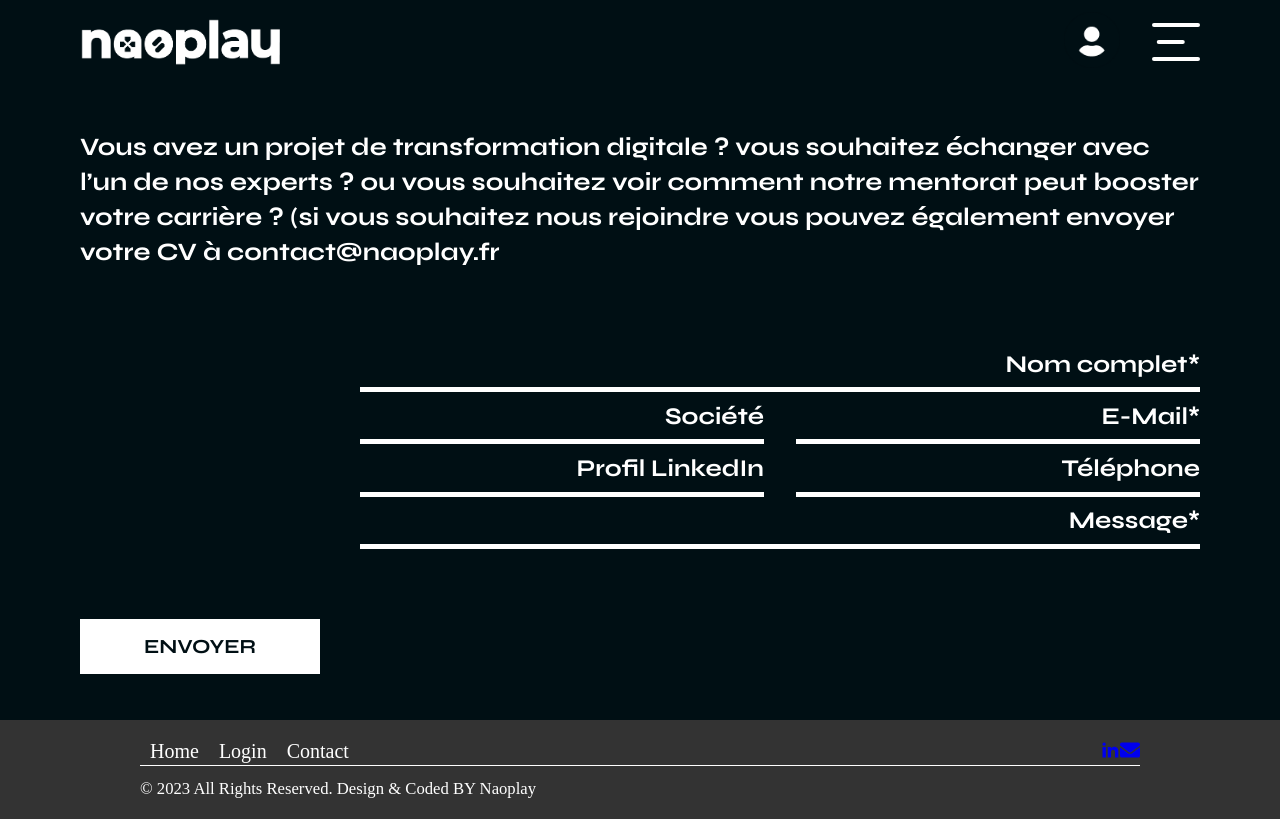
Repository: Hindsedrati/Naoplay
Page: /contact
An editor plug-in stored every save of this project. The page is shown before and after the next save, followed by the edit.
The browser window is 1280 px wide. The pictures show the whole page.
The project was rebuilt for these pictures with package versions that can differ from the ones it lists, and the page was loaded fresh each time. Also part of the build but not shown: src/Pages/Login/index.jsx, src/Components/Const/index.jsx, src/Components/Partners/index.jsx, src/Components/Naoplay/index.jsx, src/Components/Api/index.jsx, src/Components/Digitalisation/index.jsx, src/Components/Gateway/index.jsx, src/Components/ApiManagement/index.jsx and 6 more.

Above is the page before, as saved 2023-05-09 12:00:52.

### public/index.html
<!DOCTYPE html>
<html lang="en">
  <head>
    <meta charset="utf-8" />
    <link href="https://fonts.googleapis.com/css2?family=Syne:wght@600;700&display=swap" rel="stylesheet">
    <link rel="apple-touch-icon" sizes="180x180" href="./favicons/apple-touch-icon.png">
    <link rel="icon" type="image/png" sizes="32x32" href="./favicons/favicon-32x32.png">
    <link rel="icon" type="image/png" sizes="16x16" href="./favicons/favicon-16x16.png">
    <link rel="manifest" href="./favicons/site.webmanifest">
    <link rel="mask-icon" href="./favicons/safari-pinned-tab.svg" color="#5bbad5">
    <meta name="viewport" content="width=device-width, initial-scale=1" />
    <meta name="theme-color" content="#000000" />
    <meta
      name="description"
      content="Web site created using create-react-app"
    />
    <link rel="apple-touch-icon" href="%PUBLIC_URL%/logo192.png" />
    <!--
      manifest.json provides metadata used when your web app is installed on a
      user's mobile device or desktop. See https://developers.google.com/web/fundamentals/web-app-manifest/
    -->
    <link rel="manifest" href="%PUBLIC_URL%/manifest.json" />
    <!--
      Notice the use of %PUBLIC_URL% in the tags above.
      It will be replaced with the URL of the `public` folder during the build.
      Only files inside the `public` folder can be referenced from the HTML.

      Unlike "/favicon.ico" or "favicon.ico", "%PUBLIC_URL%/favicon.ico" will
      work correctly both with client-side routing and a non-root public URL.
      Learn how to configure a non-root public URL by running `npm run build`.
    -->
    <title>NAOPLAY</title>
  </head>
  <body>
    <noscript>You need to enable JavaScript to run this app.</noscript>
    <div id="root"></div>
    <!--
      This HTML file is a template.
      If you open it directly in the browser, you will see an empty page.

      You can add webfonts, meta tags, or analytics to this file.
      The build step will place the bundled scripts into the <body> tag.

      To begin the development, run `npm start` or `yarn start`.
      To create a production bundle, use `npm run build` or `yarn build`.
    -->
  </body>
</html>

### src/style.scss
* {
    margin: 0;
    padding: 0;
    box-sizing: border-box;
}

.app-container {
    width: 100%;
    max-width: 100%;
    margin-left: auto;
    margin-right: auto;
}

.main-container {
    width: 100%;
    overflow-x: hidden;
}

@media screen and (min-width: 769px) and (max-width: 1900px) {
    .main-container {
        padding: 70px 80px 20px 80px;
    }
}
@media screen and (min-width: 1901px) {
    .main-container {
        padding: 150px 80px 20px 80px;
    }
}
@media screen and (max-width: 768px) {
    .main-container {
        padding: 1rem;
    }
}

### src/Layouts/Footer/Index.jsx
import './footer.scss';
import { RiLinkedinFill } from "react-icons/ri";
import { FaEnvelope } from "react-icons/fa";


function Footer() {
    return (
        <footer>

<div class="footer-content">
  <div class="footer-section links">
    <a href="/">Home</a>
    <a href="/">Login</a>
    <a href="/">Contact</a>
  </div>

  <div className="footer__icons">

    <a className="footer__icons" href="https://www.linkedin.com/company/naoplay/" target="_blank" rel="noreferrer">
      <RiLinkedinFill />
    </a>
    <a className="footer__icons" href="mailto:contact@naoplay.fr/" target="_blank" rel="noreferrer">
      <FaEnvelope />
    </a>
  </div>



  </div>

<div class="footer-bottom">
  <small>&copy; 2023 All Rights Reserved. </small>
  <small>Design & Coded BY Naoplay </small>

</div>

        </footer>

    )
}

export default Footer

### src/Pages/Home/Home.scss
body{
    box-sizing: border-box;
    overflow-x: hidden;
}

### src/Layouts/Footer/footer.scss
@import '../../Sass/variables.scss';


footer {
    background-color: #333;
    color: #fff;
    padding: 20px 0;
  }

  .footer-content {
    font-size: 20px;
    display: flex;
    justify-content: space-between;
    max-width: 1000px;
    margin: 0 auto;
  }

  .footer-section {
    display: flex;
  }

  .links a,
  .social a {
    color: #fff;
    text-decoration: none;
    padding: 0 10px;
  }

  .links a:hover,
  .social a:hover {
    text-decoration: underline;
  }

  .social i {
    font-size: 24px;
    margin-left: 10px;
  }

  .footer-bottom {
    max-width: 1000px;
    margin: 0 auto;
    font-size: 20px;
    //text-align: center;
    border-top: 1px solid #fff;
    padding-top: 10px;
  }
  .footer__mentions-wrapper {
    display: flex;
    flex-direction: column;
    align-items: center;
  }

### src/Sass/variables.scss
@import url('https://fonts.googleapis.com/css2?family=Syne:wght@200;400;500;600;700&display=swap');
@import url('https://fonts.googleapis.com/css2?family=DM+Sans:wght@200;400;500;600;700&display=swap');

@font-face {
    font-family: 'MonumentExtended';
    src: url('fonts/MonumentExtended-Regular.otf') format('truetype');
    font-weight: normal;
    font-style: normal;
}

$Dm: 'DM Sans', sans-serif;
$syne: 'Syne', sans-serif;

//colors
$dark: #000F14;
$light: white;
$primary: #00A8EB;
$bg: #fdfdfd;

### src/Components/Const/const.scss
@import '../../Sass/variables.scss';

.home {

  color: $light;
  background-image: url('../../assets/vision_naoplay.webp');
  background-size: cover;
  background-position: center;

  h1 {
    font-weight: bold;
    font-family: 'MonumentExtended', sans-serif;
  }

  h2 {
    font-family: $syne;
  }

  &__btn {
    text-decoration: none;
    color: $dark;
    display: inline-block;
    padding: 0.75rem 1.5rem;
    background-color: $light;
    font-family: $syne;
    font-size: 1rem;
    font-weight: 700;
    transition: background-color 0.3s ease;

    &:hover {
      background-color: $dark;
      color: $light;
    }
  }
}

@media screen and (min-width: 769px) and (max-width: 1900px) {
  .home {
    margin-top: 2rem;

    h1 {
      font-size: 70px;
      font-weight: 500;
    }

    h2 {
      margin-top: 80px;
      font-size: 32px;
      font-weight: 700;
      line-height: 40px;
    }

    &__btn {
      margin-top:150px;
    }
  }
}

/* Code ajouté pour centrer en version mobile */
@media screen and (max-width: 768px) {
  .home {
    //height: calc(100vh - 80px);
    //padding: 1rem;
    margin-top: 5rem;
    display: flex;
    justify-content: center;
    align-items: center;
    flex-direction: column;

    h1 {
      font-size: 30px;
      line-height: 45px;
      font-weight: 200;
    }

    h2 {
      margin-top: 50px;
      font-size: 20px;
      font-weight: 500;
      font-family: $Dm;
      line-height: 1.6;
    }

    &__btn {
      margin-top: 30px;
    }
  }
}

@media screen and (min-width: 1901px) {
  .home {
    height: 100vh;
    h1 {
      line-height: 5rem;
      font-size: 70px;
      font-weight: 500;
    }

    h2 {
      margin-top: 80px;
      font-size: 32px;
      font-weight: 700;
      line-height: 40px;
    }

    &__btn {
      margin-top: 80px;
    }
  }

}

### src/Components/Partners/partners.scss
@import '../../Sass/variables.scss';

.partners {
  min-height: 210px;
  background: $dark;
  color: $light;

  &__content {
    display: flex;
    align-items: center;
  }

  &__content h3 {
    font-family: 'MonumentExtended', sans-serif;
    color: $light;
  }
}

@media screen and (min-width: 769px) and (max-width: 1900px) {

  .partners {
    padding-left: 80px;
    display: grid;
    grid-template-columns: 1fr 3fr;

    &__content h3 {
      padding-right: 15px;
      font-size: 20px;
      font-weight: 500;
      line-height: 32px;
    }

    &__image {
      position: relative;
      width: auto;
      height: 70px;
      margin-top: 70px;
      overflow: hidden;
    }

    &__icons {
      position: absolute;
      display: flex;
      width: 150%;
      height: 70px;
      top: 0;
      left: 30px;
      color: #fff;

      animation-name: IconeMove;
      animation-duration: 7s;
      animation-iteration-count: infinite;
      animation-direction: alternate;
      animation-timing-function: ease-in-out;

      @keyframes IconeMove {
        from {
          transform: translateX(-25%);
        }

        to {
          transform: translateX(0);
        }
      }
    }

    &__icons img {
      height: 100%;
      width: auto;
      margin-right: 70px;

    }
  }
}

@media screen and (min-width: 1901px) {

  .partners {
    padding-left: 80px;
    display: grid;
    grid-template-columns: 1fr 3fr;

    &__content h3 {
      padding-right: 15px;
      font-size: 25px;
      font-weight: 500;
      line-height: 32px;
    }

    &__image {
      position: relative;
      width: auto;
      height: 70px;
      margin-top: 70px;
      overflow: hidden;
    }

    &__icons {
      position: absolute;
      display: flex;
      width: 150%;
      height: 70px;
      top: 0;
      left: 30px;
      color: #fff;

      animation-name: IconeMove;
      animation-duration: 9s;
      animation-iteration-count: infinite;
      animation-direction: alternate;
      animation-timing-function: ease-in-out;

      @keyframes IconeMove {
        from {
          transform: translateX(-25%);
        }

        to {
          transform: translateX(0);
        }
      }
    }

    &__icons img {
      height: 100%;
      width: auto;
      margin-right: 70px;

    }
  }
}

@media screen and (max-width: 768px) {

  .partners {
    padding: 1rem;

    &__content h3 {
      font-size: 20px;
      font-weight: 500;
      line-height: 32px;
    }

    &__image {
      position: relative;
      width: auto;
      height: 70px;
      margin-top: 50px;
      overflow: hidden;
    }

    &__icons {
      position: absolute;
      display: flex;
      width: 150%;
      height: 60px;
      top: 0;
      left: 30px;
      color: #fff;

      animation-name: IconeMove;
      animation-duration: 5s;
      animation-iteration-count: infinite;
      animation-direction: alternate;
      animation-timing-function: ease-in-out;

      @keyframes IconeMove {
        from {
          transform: translateX(-200%);
        }

        to {
          transform: translateX(0);
        }
      }
    }

    &__icons img {
      height: 100%;
      width: auto;
      margin-right: 70px;

    }
  }
}

### src/Components/Digitalisation/digital.scss
@import '../../Sass/variables.scss';

.digital {
  background-image: url('../../assets/eye-naoplay.webp');
  background-size: cover;
  background-position: center;
  width: 100%;
  height: 50vh;
  object-fit: none;
  color: $light;
  display: flex;
  align-items: center;
  justify-content: center;

  &__content {
    width: 100%;
    max-width: 960px;
    margin: 0 auto;
    padding: 0 1rem;
    text-align: center;
  }

  &__title {
    font-family: 'MonumentExtended', sans-serif;

    margin: 0;
    font-size: 2rem;
    line-height: 1;

  }

  @media screen and (max-width: 768px) {
    .digital{
      display: none;
    }
  }
}
@media screen and (min-width: 769px) and (max-width: 1900px) {
  .digital{
    display: none;
  }
}
@media screen and (min-width: 1900px){
  .digital{
    display: none;
  }
}

### src/Components/Gateway/gateway.scss
@import '../../Sass/variables.scss';

.Gateway{
    height: 100vh;
    padding: 100px;
    color: $dark;

    &__title {
        font-family: 'MonumentExtended', sans-serif;
    }

    &__content::-webkit-scrollbar {
        width: 0;
    }

}


@media screen and (min-width: 769px) and (max-width: 1900px) {
    .Gateway{
        display: grid;
        grid-template-columns: 1fr 2fr;
        align-items: center;

        &__content__child p{
            line-height: 4rem;
            font-family: $syne;
            font-size: 24px;
            font-weight: bold;
        }
    }

    .partone{
        display: block;
        height: calc(100vh - 200px);
        padding: 8rem 4rem 4rem;
        text-align: right;
        background: $dark;
        color: $light;
    }

    .partone:hover{
        background-color: $primary;
        scroll-behavior: smooth;
    }

    .parttwo{
        position: relative;
        height: calc(100vh - 200px);

        .Gateway__title {
            position: absolute;
            top: 0;
            bottom: 0;
            display: flex;
            align-items: center;
            margin-left: 6rem;
            font-size: 56px;
            vertical-align: middle;
        }

        .G1, .G2, .G3, .G4, .G5 {
            display: inline-block;
            margin-top: 5vh;
            margin-bottom: 5vh;
            border-bottom: 1rem solid $primary;
            border-right: 2rem solid transparent;
            line-height: 36px;
        }

        .G1{
            margin-left: 15%;
        }

        .G2{
            margin-left: 50%;
        }

        .G3{
            margin-left: 80%;
        }

        .G4{
            margin-left: 50%;
        }

        .G5{
            margin-left: 15%;
        }
    }
}

@media screen and (min-width: 1901px) {
    .Gateway{
        display: grid;
        grid-template-columns: 1fr 2fr;
        align-items: center;

        &__content__child p{
            line-height: 9rem;
            font-family: $syne;
            font-size: 30px;
            font-weight: bold;
        }
        .items{
            margin-top: 3rem;
        }
    }

    .partone{
        display: block;
        height: calc(100vh - 200px);
        padding: 4rem 4rem 4rem;
        text-align: right;
        background: $dark;
        color: $light;
    }

    .partone:hover{
        background-color: $primary;
        scroll-behavior: smooth;
    }

    .parttwo{
        position: relative;
        height: calc(100vh - 200px);

        .Gateway__title {
            position: absolute;
            top: 0;
            bottom: 0;
            display: flex;
            align-items: center;
            margin-left: 6rem;
            font-size: 56px;
            vertical-align: middle;
        }

        .G1, .G2, .G3, .G4, .G5 {
            display: inline-block;
            margin-top: 5vh;
            margin-bottom: 5vh;
            border-bottom: 1rem solid $primary;
            border-right: 2rem solid transparent;
            line-height: 36px;
        }

        .G1{
            margin-left: 15%;
        }

        .G2{
            margin-left: 50%;
        }

        .G3{
            margin-left: 80%;
        }

        .G4{
            margin-left: 50%;
        }

        .G5{
            margin-left: 15%;
        }
    }
}

@media screen and (max-width: 768px) {
    .Gateway{
        display: none;
    }
}

### src/Components/Management/management.scss
@import '../../Sass/variables.scss';

.management {
    background: $primary;
    color: $light;

    &__title {
        font-family: 'MonumentExtended', sans-serif;
    }

    &__content::-webkit-scrollbar {
        width: 0;
    }
}

@media screen and (min-width: 769px) and (max-width: 1900px) {
    .management {
        min-height: 100vh;

        &__title {
            display: none;
        }

        &__content {
            width: 100%;
            min-height: 250px;
            padding: 30px 100px;
            display: flex;
            flex-flow: row nowrap;
            gap: 100px;
            font-family: $syne;
            font-size: 20px;
            font-weight: 400;
            line-height: 30px;
            position: relative;

            .arrow_1 {
                display: none;
            }

            .arrow_2 {
                display: none;
            }

            & p {
                margin-top: .8rem;
                font-family: $Dm;
            }
        }
    }
}

@media screen and (min-width: 1901px) {
    .management {
        min-height: 100vh;

        &__title {
            display: none;
        }

        &__content {
            width: 100%;
            min-height: 250px;
            padding: 30px 100px;
            display: flex;
            flex-flow: row nowrap;
            gap: 100px;
            font-family: $syne;
            font-size: 20px;
            font-weight: 400;
            line-height: 30px;
            position: relative;

            .arrow_1 {
                display: none;
            }

            .arrow_2 {
                display: none;
            }

            & p {
                font-size: 25px;
                margin-top: .8rem;
                font-family: $Dm;
            }
        }
    }
}

@media screen and (max-width: 768px) {
    .management {
        padding: 2.5rem 1rem;

        &__content {
            display: flex;
            flex-flow: row nowrap;
            gap: 2rem;
            font-family: $syne;
            font-size: 25px;
            font-weight: 500;
            line-height: 30px;
            overflow: scroll;
            position: relative;

            &__child {
                min-width: 100%;
            }

            .arrow_1 {
                position: absolute;
                bottom: 2px;
                right: 10px;
                font-size: 30px;
                color: $primary;
                background: $light;
                display: flex;
                align-items: center;
                justify-content: center;
                border-radius: 50%;
                width: 40px;
                height: 40px;
            }

            .arrow_2 {
                position: absolute;
                bottom: 2px;
                right: -23rem;
                font-size: 2rem;
                background: $light;
                color: $primary;
                display: flex;
                align-items: center;
                justify-content: center;
                border-radius: 50%;
                width: 40px;
                height: 40px;
            }
        }

        &__title {
            margin-top: 30px;
            font-size: 30px;
            line-height: 30px;
            font-weight: 100;
        }

        &__content {
            font-size: 25px;
            font-weight: 700;
            line-height: 30px;
        }

        & p {
            margin-top: 30px;
            padding: 0rem 1rem;
        }
    }



}

Loaded but not shown: src/reportWebVitals.js (common file); src/index.js (34 lines, source omitted); src/Layouts/Header/header.scss (458 lines, source omitted); src/Components/ApiManagement/api_m.scss (329 lines, source omitted); src/Components/Api/api.scss (344 lines, source omitted); src/Components/Naoplay/naoplay.scss (359 lines, source omitted); src/Layouts/Header/Index.jsx (115 lines, source omitted); src/Pages/Error403/Error403.scss (201 lines, source omitted); src/Components/Mentorat/mentorat.scss (204 lines, source omitted); src/Components/Proxisation/proxi.scss (219 lines, source omitted); src/Pages/Error404/Error.scss (200 lines, source omitted); src/Pages/Contact/index.jsx (105 lines, source omitted); src/Pages/Login/login.scss (182 lines, source omitted); src/Pages/Contact/Contact.scss (206 lines, source omitted)

After the next save:
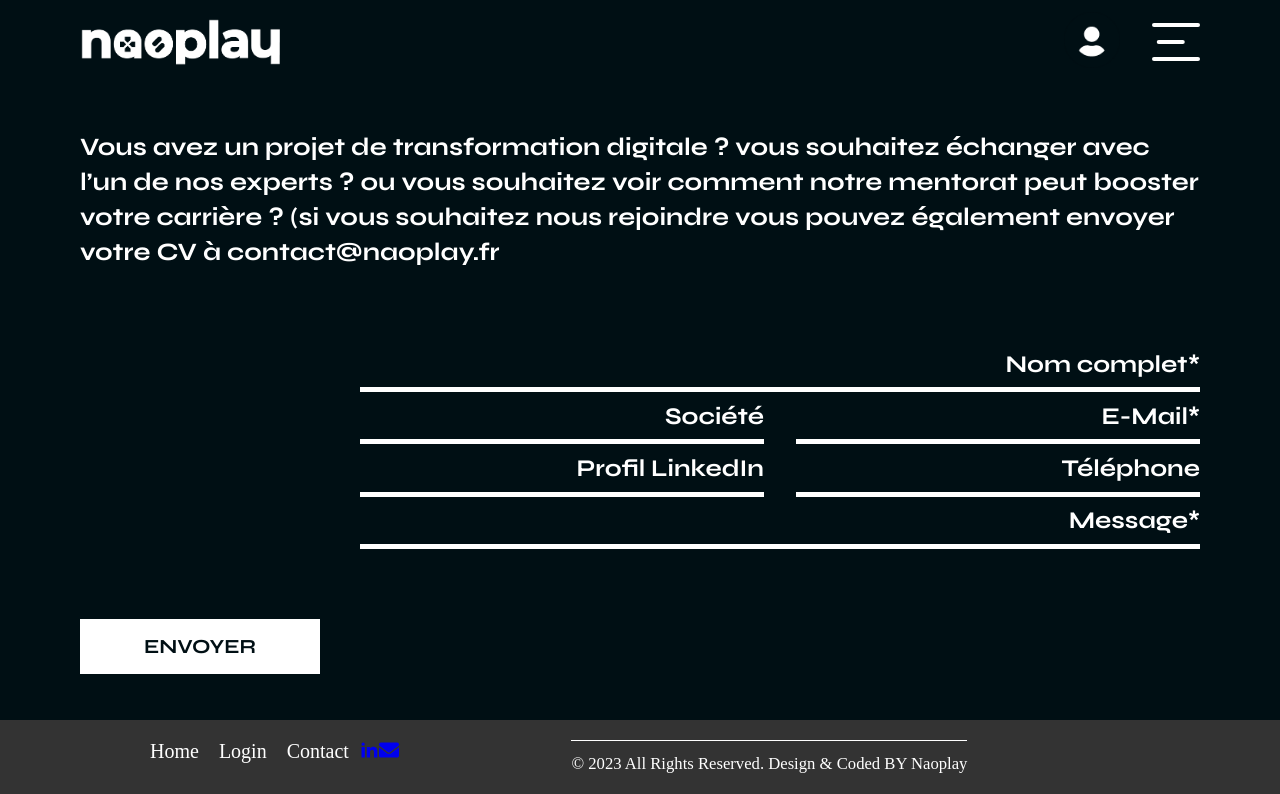
Saved 3 min 30 s later.
--- a/src/Layouts/Footer/Index.jsx
+++ b/src/Layouts/Footer/Index.jsx
@@ -5,36 +5,34 @@
 
 function Footer() {
     return (
-        <footer>
 
-<div class="footer-content">
-  <div class="footer-section links">
-    <a href="/">Home</a>
-    <a href="/">Login</a>
-    <a href="/">Contact</a>
-  </div>
+    <footer >
 
-  <div className="footer__icons">
+    <div class="footer-content">
+        <div class="footer-section links">
+            <a href="/">Home</a>
+            <a href="/">Login</a>
+            <a href="/">Contact</a>
+        </div>
 
-    <a className="footer__icons" href="https://www.linkedin.com/company/naoplay/" target="_blank" rel="noreferrer">
-      <RiLinkedinFill />
-    </a>
-    <a className="footer__icons" href="mailto:contact@naoplay.fr/" target="_blank" rel="noreferrer">
-      <FaEnvelope />
-    </a>
-  </div>
+    <div className="footer__icons">
+
+        <a className="footer__icons" href="https://www.linkedin.com/company/naoplay/" target="_blank" rel="noreferrer">
+        <RiLinkedinFill />
+        </a>
+        <a className="footer__icons" href="mailto:contact@naoplay.fr/" target="_blank" rel="noreferrer">
+        <FaEnvelope />
+        </a>
+    </div>
 
 
+    <div class="footer-bottom">
+    <small>&copy; 2023 All Rights Reserved. </small>
+    <small>Design & Coded BY Naoplay </small>
 
-  </div>
-
-<div class="footer-bottom">
-  <small>&copy; 2023 All Rights Reserved. </small>
-  <small>Design & Coded BY Naoplay </small>
-
-</div>
-
-        </footer>
+    </div>
+    </div>
+    </footer>
 
     )
 }

After the save that followed:
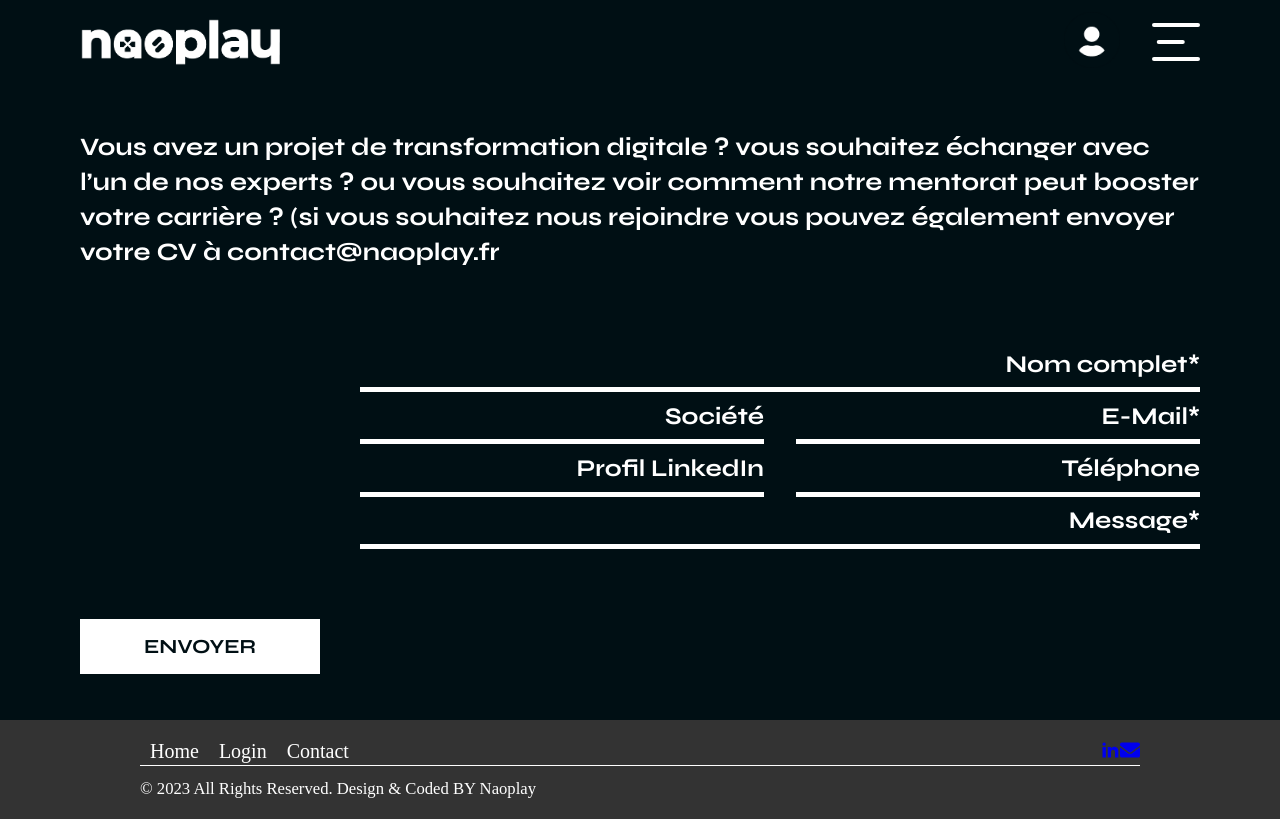
Saved 8 s later.
--- a/src/Layouts/Footer/Index.jsx
+++ b/src/Layouts/Footer/Index.jsx
@@ -24,14 +24,14 @@
         <FaEnvelope />
         </a>
     </div>
-
+    </div>
 
     <div class="footer-bottom">
     <small>&copy; 2023 All Rights Reserved. </small>
     <small>Design & Coded BY Naoplay </small>
 
     </div>
-    </div>
+
     </footer>
 
     )
